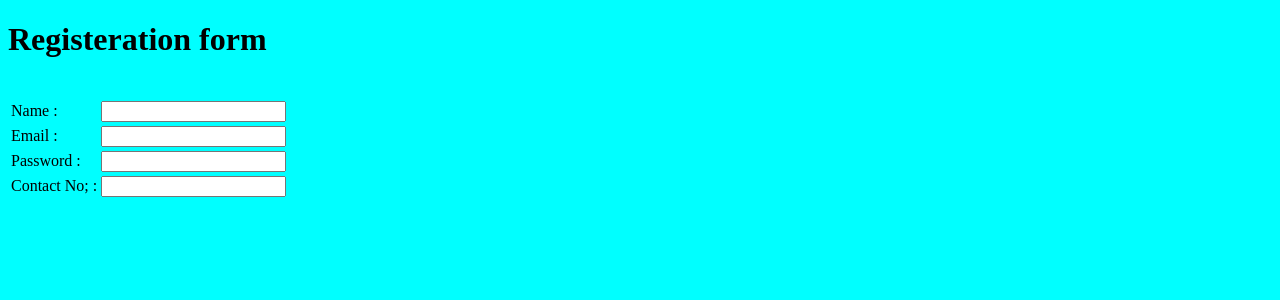
Repository: Vkrishna9135/JSP-2ND-TIME
Page: SERVLETS_FOLDER/Register_Loginvalidation/src/main/webapp/Registeration.html
These files come from the project's save history. The page is drawn as it stood at one moment and after the next save; the edit follows.
The browser window is 1280 px wide. The pictures show the whole page.

Above is the page before, as saved 2023-04-11 16:23:49.

### SERVLETS_FOLDER/Register_Loginvalidation/src/main/webapp/Registeration.html
<!DOCTYPE html>
<html>
<meta charset="UTF-8">
<body bgcolor='cyan'>
<div>
        <form action="">
            <table>
                <h1>Registeration form</h1>
               <tr>
                <td><label for="">Name :</label></td>
                <td><input type="text"></td>
               </tr><br>

               <tr>
                <td><label for="">Email :</label></td>
                <td><input type="email"></td>
               </tr>

               <tr>
                <td><label for="">Password :</label></td>
                <td><input type="password"></td>
               </tr>

               <tr>
                <td><label for="">Contact No; :</label></td>
                <td><input type="number"></td>
               </tr>

            </table>
        </form>

    </div>

</body>
</html>

After the next save:
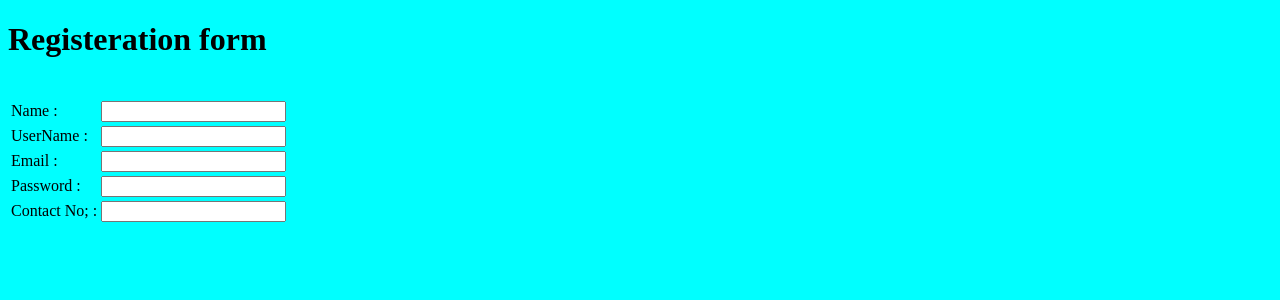
Saved 2 min 26 s later.
--- a/SERVLETS_FOLDER/Register_Loginvalidation/src/main/webapp/Registeration.html
+++ b/SERVLETS_FOLDER/Register_Loginvalidation/src/main/webapp/Registeration.html
@@ -10,6 +10,11 @@
                 <td><label for="">Name :</label></td>
                 <td><input type="text"></td>
                </tr><br>
+
+               <tr>
+                <td><label for="">UserName :</label></td>
+                <td><input type="text"></td>
+               </tr>
 
                <tr>
                 <td><label for="">Email :</label></td>
